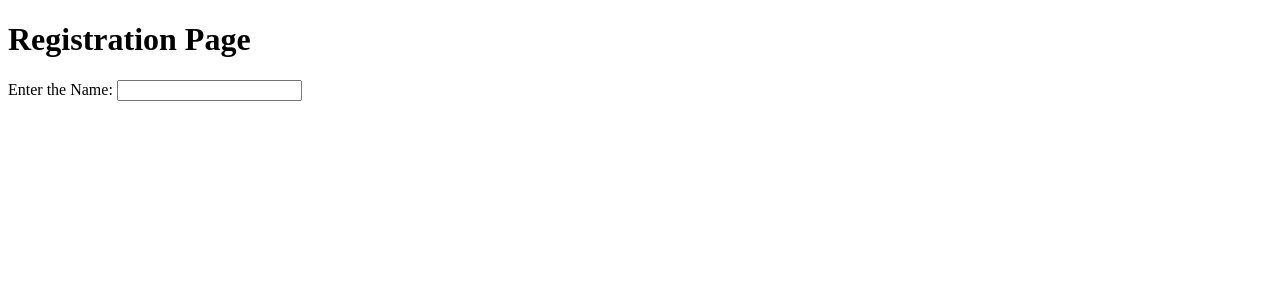
Repository: Pradeep4802/utopiatech
Page: eclipse-workspace/OwnServlet/src/main/webapp/Home.html
An editor plug-in stored every save of this project. The page is shown before and after the next save, followed by the edit.
The browser window is 1280 px wide. The pictures show the whole page.

Above is the page before, as saved 2023-10-09 08:50:42.

After the next save:
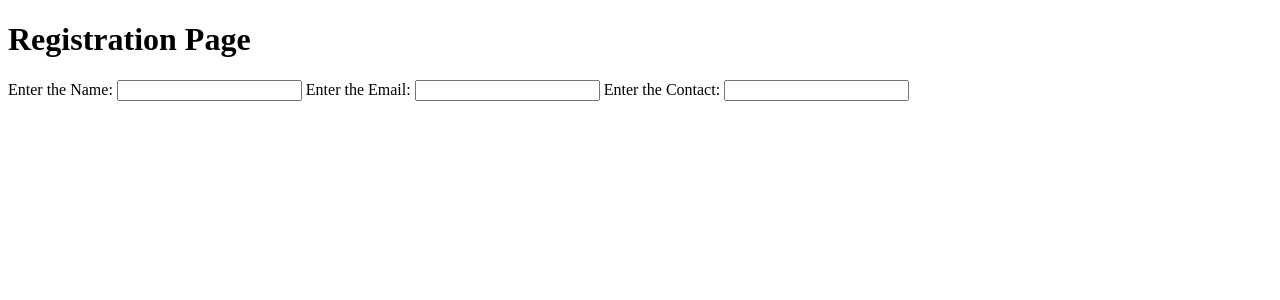
Saved 2 min 6 s later.
--- a/eclipse-workspace/OwnServlet/src/main/webapp/Home.html
+++ b/eclipse-workspace/OwnServlet/src/main/webapp/Home.html
@@ -11,6 +11,10 @@
 
 			<label for="user_name">Enter the Name: <input type="text"
 				name="user_name" /></label>
+			<label for="user_email">Enter the Email: <input type="email"
+				name="user_email" /></label>
+			<label for="user_contact">Enter the Contact: <input type="number"
+				name="user_contact" /></label>
 
 		</form>
 	</div>
